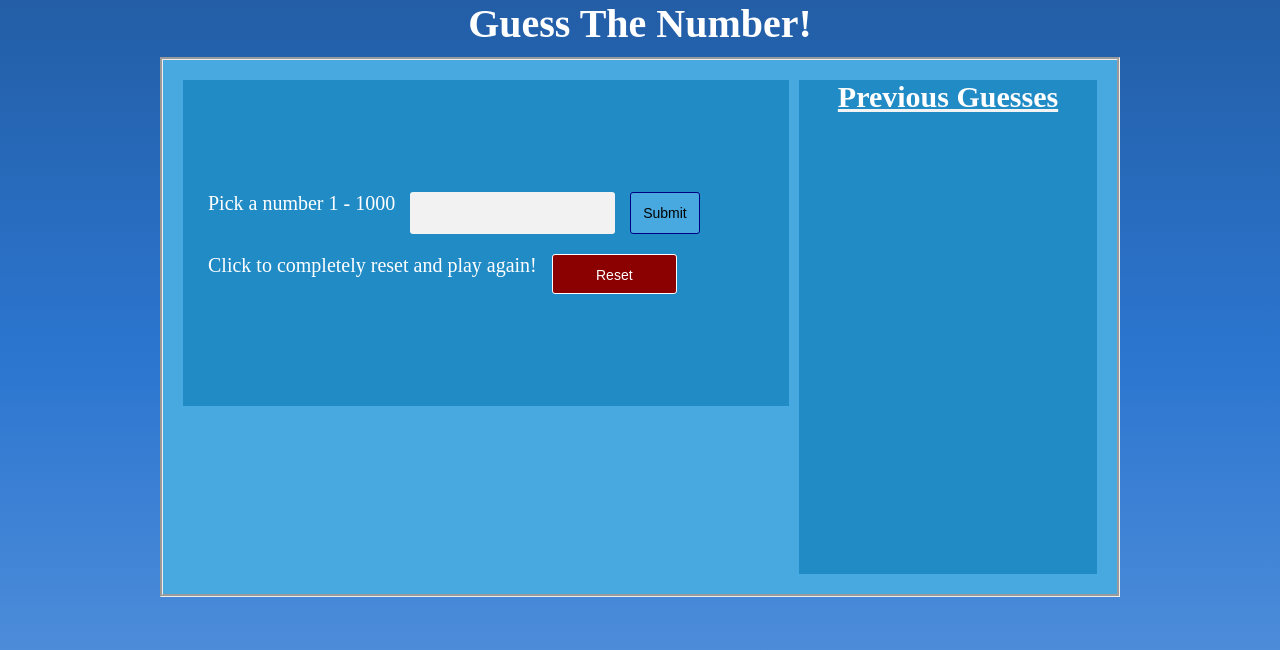
Repository: mlmEFSC21/P15-Modified-Guessing-Game
Page: guess.html
An editor plug-in stored every save of this project. The page is shown before and after the next save, followed by the edit.
The browser window is 1280 px wide. The pictures show the whole page.

Above is the page before, as saved 2022-03-23 14:14:10.

After the next save:
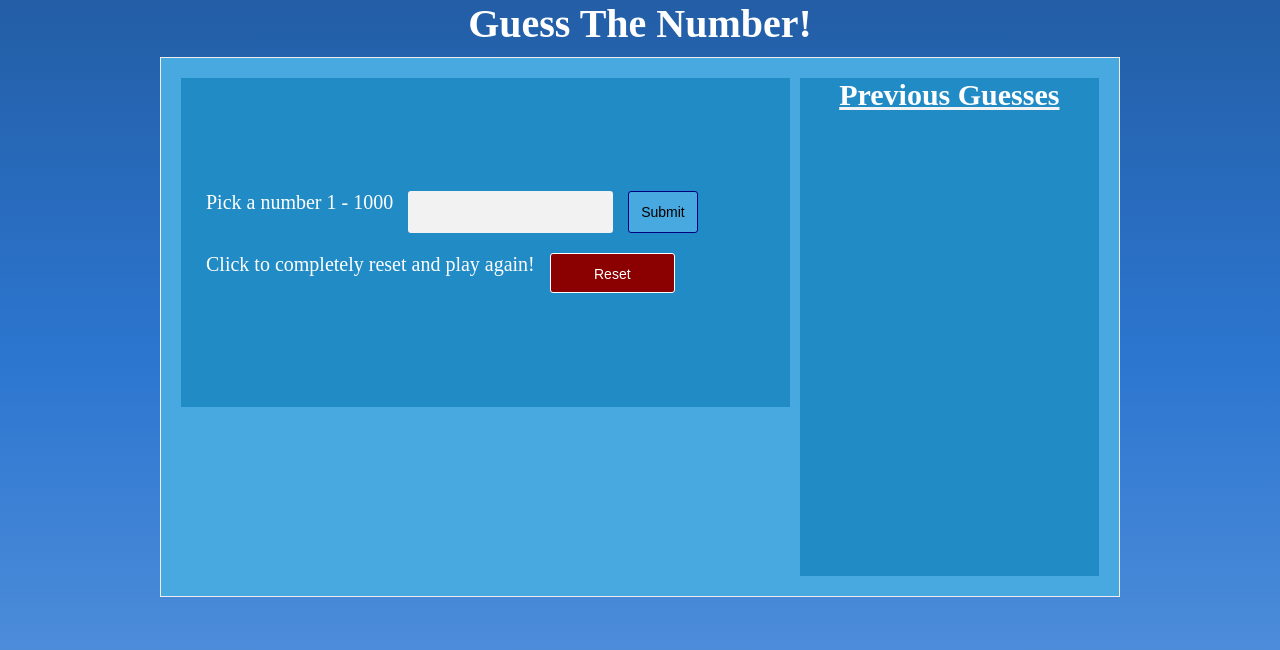
Saved 17 s later.
--- a/guess.css
+++ b/guess.css
@@ -35,7 +35,7 @@
     gap: 10px;
     align-items: center;
     justify-content: center;
-    border-style: groove;
+    border: 1px groove;
 }
 .results {
     background-color: var(--clr-primary);

After the save that followed:
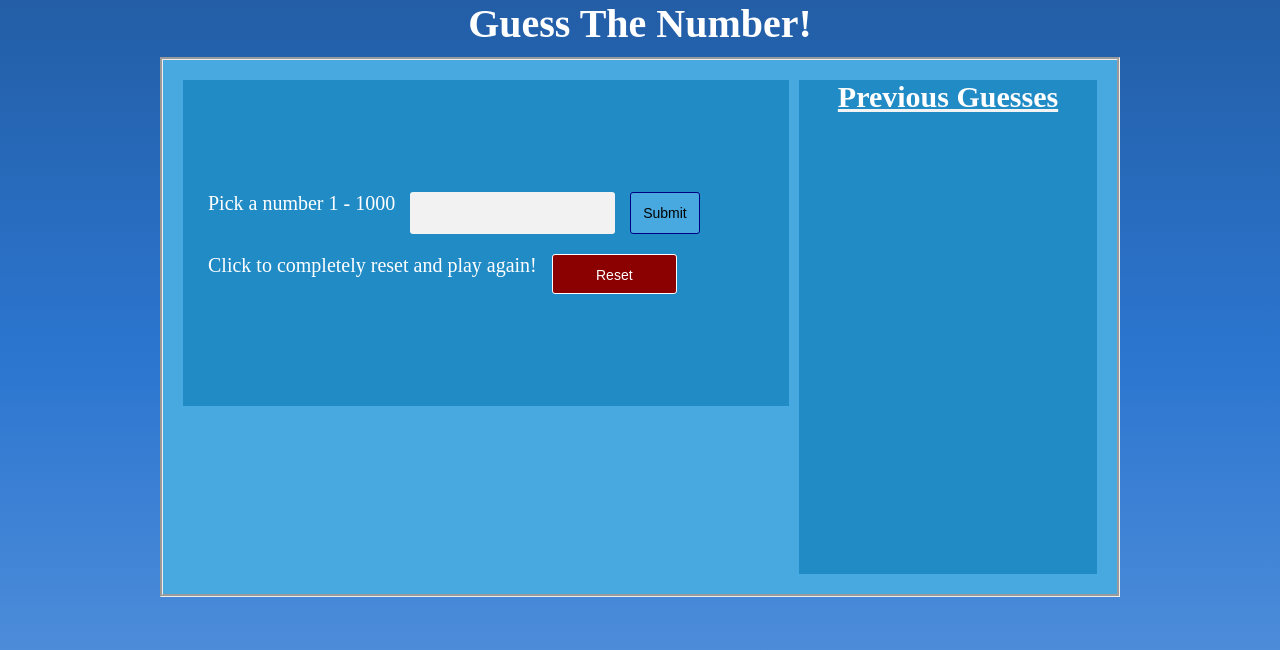
Saved 6 s later.
--- a/guess.css
+++ b/guess.css
@@ -35,7 +35,7 @@
     gap: 10px;
     align-items: center;
     justify-content: center;
-    border: 1px groove;
+    border: groove;
 }
 .results {
     background-color: var(--clr-primary);
